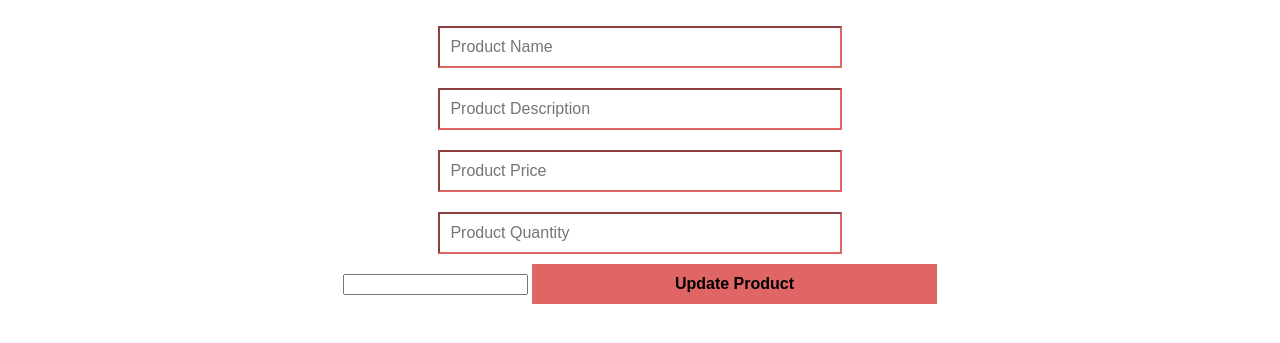
Repository: developerks611/Bumble-bee
Page: http://localhost/Bumble/view-one-brand.jsp
The author's editor kept a copy of each file at every save. The page is drawn from the files as they stood at one save, then again after the next save.
The browser window is 1280 px wide. The pictures show the whole page.
The page is served by Tomcat 9. Other server files are loaded and not shown.

Above is the page before, as saved 2023-03-02 07:15:55.

### Bumble/src/main/webapp/view-one-brand.jsp
<%@ page language="java" contentType="text/html; charset=ISO-8859-1"
    pageEncoding="ISO-8859-1" isELIgnored="false"%>
 <%@ taglib prefix = "tag" uri = "http://java.sun.com/jsp/jstl/core" %>
<!DOCTYPE html>
<html>
<head>
<style>
	.container {
 text-align:center;
}

.txt_input{

	width:30%;
	height:auto;
	margin:10px;
	padding:10px;
	font-size:100%;
	border-color:#e06666;
}


.createAccount{

	background-color:#e06666;
	outline: none;
    border: none;
    width:32%;
    height:40px;;
    font-size:100%;
    padding:10px;
    font-weight:bold;
}
.select_txt{
	width:32%;
}

</style>
<meta charset="ISO-8859-1">
<title>Insert Product</title>
</head>
<body>
<div class="container">
<p>${message}</p>
<p>
<tag:set var = "product" scope = "session" value = "${product}"/>

<form action="updateProduct" method="Post">

<input type="text" placeholder="Product Name" name="productname" required class="txt_input" value="${product.getProductname()}" required><br>
<input type="text" placeholder="Product Description" name="productdescription" required class="txt_input" value="${product.getProdcutdescription()}" required><br>
<input type="number" placeholder="Product Price" name="price" required min="1" class="txt_input" value="${product.getPrice()}" required><br>
<input type="number" placeholder="Product Quantity" name="quantity" required min="1" class="txt_input" value="${product.getQuantity()}" required><br>
<input type="hidden" name="action" value="updatedproduct">
<input type="text" name="pid" value="${product.getProductid()}">
<button type="submit" class="btn btn-success createAccount">Update Product</button>

</form>
</div>
</body>
</html>

After the next save:
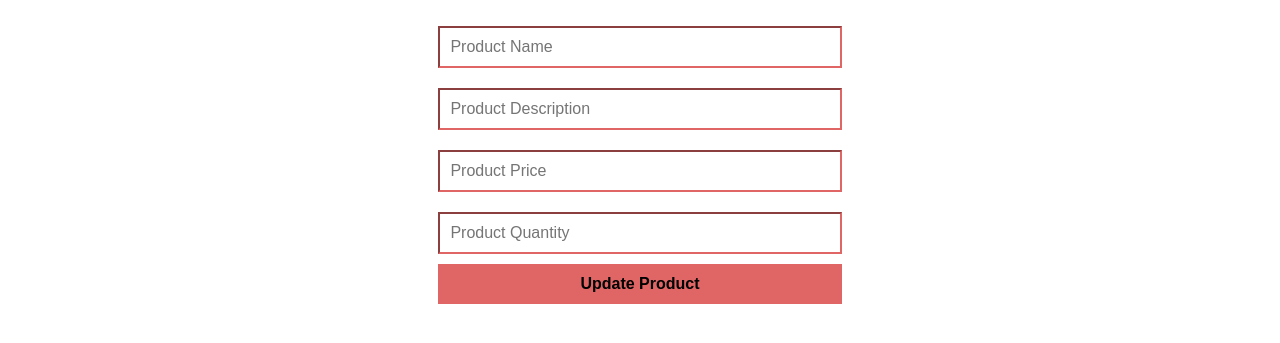
Saved 12 s later.
--- a/Bumble/src/main/webapp/view-one-brand.jsp
+++ b/Bumble/src/main/webapp/view-one-brand.jsp
@@ -52,7 +52,7 @@
 <input type="number" placeholder="Product Price" name="price" required min="1" class="txt_input" value="${product.getPrice()}" required><br>
 <input type="number" placeholder="Product Quantity" name="quantity" required min="1" class="txt_input" value="${product.getQuantity()}" required><br>
 <input type="hidden" name="action" value="updatedproduct">
-<input type="text" name="pid" value="${product.getProductid()}">
+<input type="hidden" name="pid" value="${product.getProductid()}">
 <button type="submit" class="btn btn-success createAccount">Update Product</button>
 
 </form>
